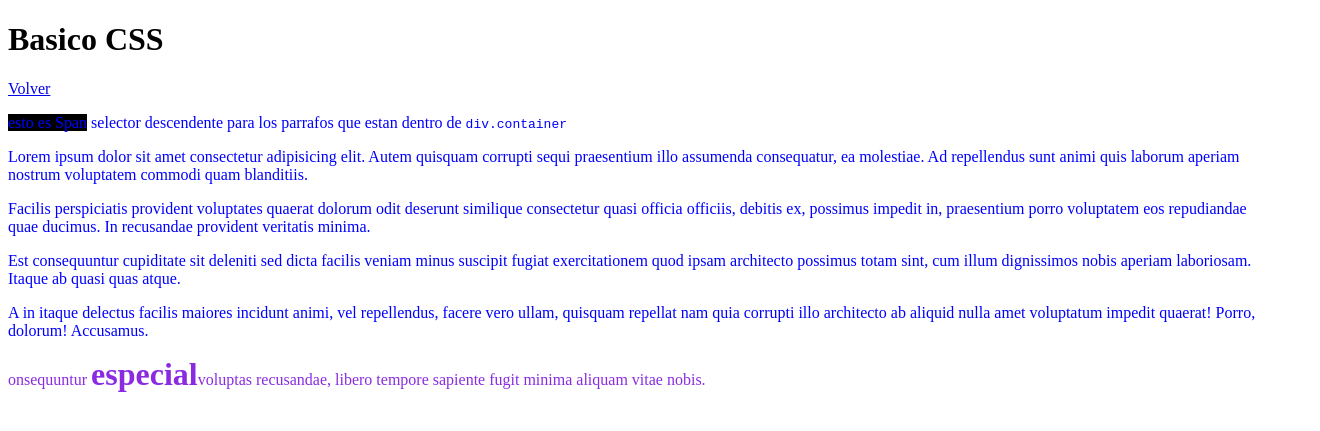
Repository: jcsanceledonio/java_2019_0396_2
Page: http://localhost/javaWebApp/ejemplos/css/basico.jsp
An editor plug-in stored every save of this project. The page is shown before and after the next save, followed by the edit.
The browser window is 1280 px wide. The page is 1280 px wide, then 1320 px, so the pictures cover 1320 px, including what lies to the right of the window. The pictures show the whole page.
The page is served by Tomcat 9.

Above is the page before, as saved 2019-11-20 08:58:11.

After the next save:
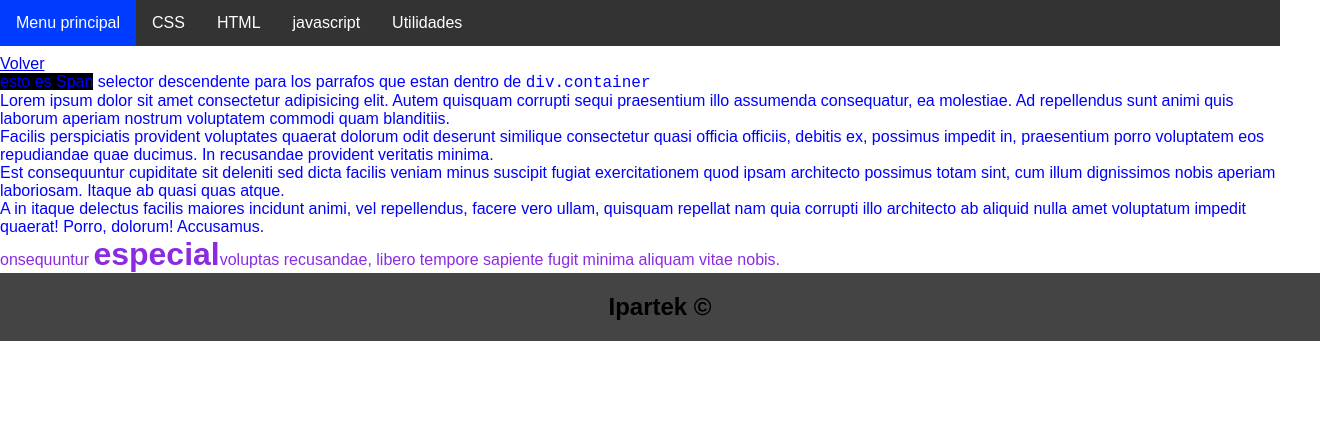
Saved 82 s later.
--- a/javaWebApp/src/main/webapp/ejemplos/css/basico.jsp
+++ b/javaWebApp/src/main/webapp/ejemplos/css/basico.jsp
@@ -1,20 +1,7 @@
-<!DOCTYPE html> <!-- html5 -->
-<html lang="en">
+<%String titulo = "HelloWeb | Basico";%>
 
-<head>
-    <meta charset="UTF-8">
-    <meta name="viewport" content="width=device-width, initial-scale=1.0">
-    <meta http-equiv="X-UA-Compatible" content="ie=edge">
-    <title>Titul pestaña</title>
-
-    <!-- la base para contruir todas las rutas de esta pagina -->
-    <base href="/PruebaTecnica/">
-    <!-- estilos -->
-    <!-- <link rel="stylesheet" href="css/styles.css"> -->
-
-</head>
-
-<body>
+<%@include file="/includes/header.jsp" %>
+<%@include file="/includes/navigation.jsp"%>
 
     <h1>Basico CSS</h1>
 
@@ -63,8 +50,5 @@
     <p class="especial"> onsequuntur <span class="especial"> especial</span>voluptas recusandae, libero tempore sapiente
         fugit minima aliquam vitae nobis.</p>
 
-    <!-- javascript -->
-    <script src="js/main.js"></script>
-</body>
 
-</html>
+ <%@include file="/includes/footer.jsp" %>
